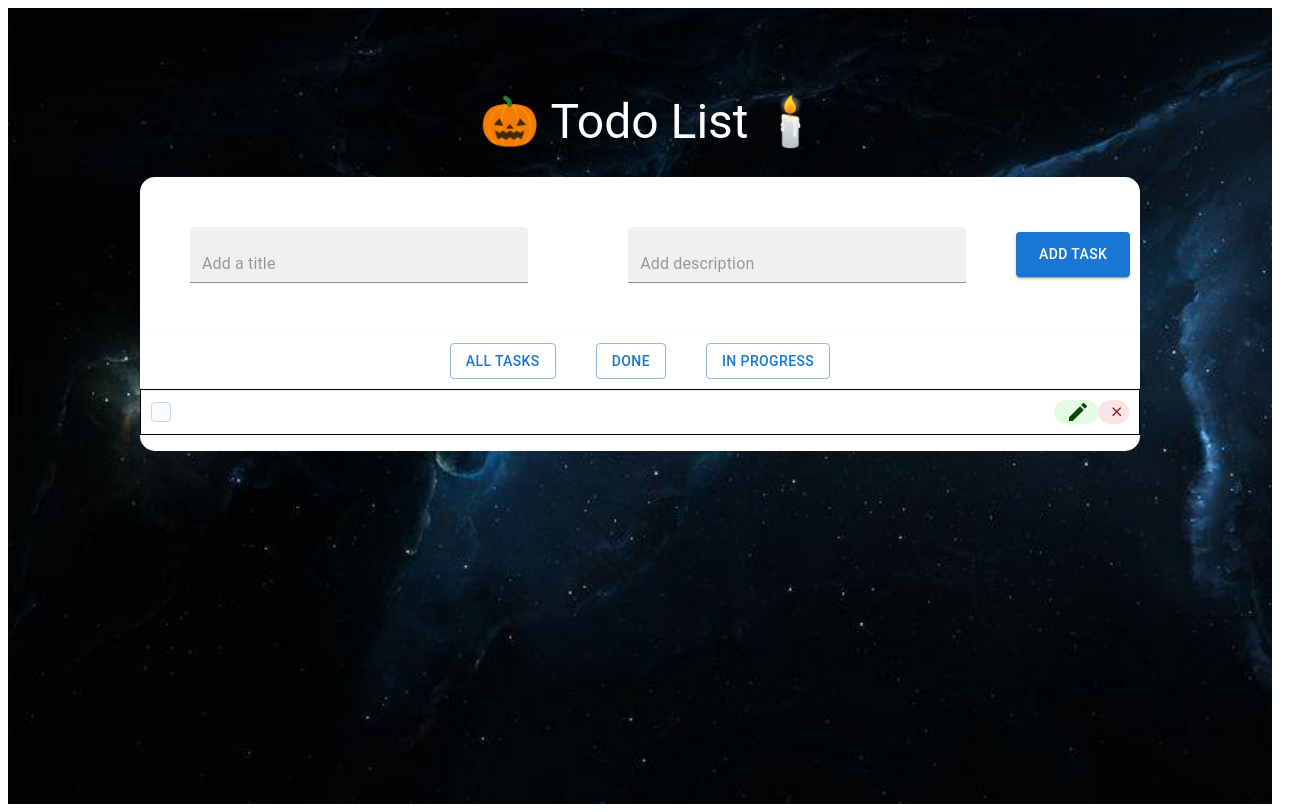
Repository: Tracy-maker/TodoList
Page: /
These files come from the project's save history. The page is drawn as it stood at one moment and after the next save; the edit follows.
The browser window is 1280 px wide. The page is 1292 px wide, so the pictures cover 1292 px, including what lies to the right of the window. The pictures show the whole page.
The project was rebuilt for these pictures with package versions that can differ from the ones it lists, and the page was loaded fresh each time. Also part of the build but not shown: src/components/TaskEdit.js.

Above is the page before, as saved 2023-09-20 19:42:59.

### public/index.html
<!DOCTYPE html>
<html lang="en">
  <head>
    <meta charset="utf-8" />
    <link rel="icon" href="%PUBLIC_URL%/favicon.ico" />
    <meta name="viewport" content="width=device-width, initial-scale=1" />
    <meta name="theme-color" content="#000000" />
    <meta
      name="description"
      content="Web site created using create-react-app"
    />
    <link rel="apple-touch-icon" href="%PUBLIC_URL%/logo192.png" />
    <!--
      manifest.json provides metadata used when your web app is installed on a
      user's mobile device or desktop. See https://developers.google.com/web/fundamentals/web-app-manifest/
    -->
    <link rel="manifest" href="%PUBLIC_URL%/manifest.json" />
    <link href="https://fonts.googleapis.com/css2?family=Montserrat:wght@300;400;500&amp;display=swap" rel="stylesheet">
    <!--
      Notice the use of %PUBLIC_URL% in the tags above.
      It will be replaced with the URL of the `public` folder during the build.
      Only files inside the `public` folder can be referenced from the HTML.

      Unlike "/favicon.ico" or "favicon.ico", "%PUBLIC_URL%/favicon.ico" will
      work correctly both with client-side routing and a non-root public URL.
      Learn how to configure a non-root public URL by running `npm run build`.
    -->
    <title>React App</title>
  </head>
  <body>
    <noscript>You need to enable JavaScript to run this app.</noscript>
    <div id="root"></div>
    <!--
      This HTML file is a template.
      If you open it directly in the browser, you will see an empty page.

      You can add webfonts, meta tags, or analytics to this file.
      The build step will place the bundled scripts into the <body> tag.

      To begin the development, run `npm start` or `yarn start`.
      To create a production bundle, use `npm run build` or `yarn build`.
    -->
  </body>
</html>

### src/App.js
import { useState, useEffect } from "react";
import CreateTask from "./components/CreateTask";
import TaskList from "./components/TaskList";
import { Box, Stack } from "@mui/material";
import styled from "styled-components";
import Typography from "@mui/material/Typography";
import Image1 from "./image/7.jpg";

const StyledContainer = styled(Stack)`
  height: 100vh;
  width: 100%;
  display: flex;
  align-items: stretch;
  padding-top: 6%;
  background-image: url(${Image1});
  background-size: cover;
  background-repeat: no-repeat;
`;

const TaskForm = styled(Box)`
  margin-left: auto;
  margin-right: auto;
  width: 1000px;
  background-color: white;
  border-radius: 15px;
  @media (max-width: 768px) {
    width: 100%;
  }
`;
const Title = styled(Typography)`
  color: white;
  margin: auto;
  width: 100%;
  padding: 10px;
  text-align: center;
`;

function App() {

  const [tasks, setTasks] = useState(() => {
    const localValue = localStorage.getItem("tasks");
    if (localValue == null) return [];
    return JSON.parse(localValue);
  });

  useEffect(() => {
    localStorage.setItem("tasks", JSON.stringify(tasks));
  }, [tasks]);

  const createTask = (title, description) => {
    const newTask = {
      id: crypto.randomUUID(),
      title: title,
      description: description,
      status: "inProgress",
    };

    const existingTasks = JSON.parse(localStorage.getItem("tasks")) || [];
    existingTasks.push(newTask);
    localStorage.setItem("tasks", JSON.stringify(existingTasks));
    setTasks(existingTasks);
  };

  const deleteTasksById = (id) => {
    const existingTasks = JSON.parse(localStorage.getItem("tasks")) || [];
    const updatedTasks = existingTasks.filter((task) => {
      return task.id !== id;
    });
    localStorage.setItem("tasks", JSON.stringify(updatedTasks));
    setTasks(updatedTasks);
  };

  const editTaskById = (id, newTitle, newDescription) => {
    const existingTasks = JSON.parse(localStorage.getItem("tasks")) || [];
    const taskToEdit = existingTasks.findIndex((task) => task.id === id);

    if (taskToEdit) {
      const updatedTask = {
        ...taskToEdit,
        title: newTitle,
        description: newDescription,
      };

      const updatedTasks = existingTasks.map((task) =>
        task.id === id ? updatedTask : task
      );
      localStorage.setItem("tasks", JSON.stringify(updatedTasks));
      setTasks(updatedTasks);
    }
  };



  return (
    <StyledContainer>
      <Title variant="h3" gutterBottom>
        🎃 Todo List 🕯️
      </Title>
      <TaskForm>
        <CreateTask onCreate={createTask} />
        <TaskList />
      </TaskForm>
    </StyledContainer>
  );
}
export default App;

### src/components/CreateTask.js
import * as React from "react";
import Stack from "@mui/material/Stack";
import TextField from "@mui/material/TextField";
import Button from "@mui/material/Button";
import { useState } from "react";
import { styled } from "@mui/material";

const Input = styled(TextField)`
  padding: 5%;
  width: 65%;
`;

const AddButton = styled(Button)`
  margin: auto;
  width: 20%;
  padding: 10px;
  text-align: center;
  margin-right: 10px;
`;

function CreateTask(props) {
  const [title, setTitle] = useState("");
  const [description, setDescription] = useState("");

  const handleChange = (event) => {
    const { name, value } = event.target;
    if (name === "title") {
      setTitle(value);
    } else if (name === "description") {
      setDescription(value);
    }
  };

  const handleSubmit = (event) => {
    event.preventDefault();
    if (title.trim() !== "" || description.trim() !== "") {
      props.onCreate({ title, description });
      setTitle("");
      setDescription("");
    }
  };

  return (
    <Stack onSubmit={handleSubmit} component="form" direction="row">
      <Input
        name="title"
        value={title}
        onChange={handleChange}
        placeholder="Add a title"
        variant="filled"
      />
      <Input
        name="description"
        value={description}
        onChange={handleChange}
        placeholder="Add description"
        variant="filled"
      />
      <AddButton type="submit" variant="contained">
        Add Task
      </AddButton>
    </Stack>
  );
}

export default CreateTask;

### src/components/TaskList.js
import React from "react";
import { Box, Button, Card } from "@mui/material";
import TaskShow from "./TaskShow";
import styled from "styled-components";

const ButtonNavigationBar = styled(Box)`
  display: flex;
  justify-content: center;
  gap: 40px;
  padding: 10px;
`;

function TaskList(props) {
  return (
    <Box mb={2}>
      <Card>
        <ButtonNavigationBar>
          <Button
            variant={props.defaultValue === "all" ? "contained" : "outlined"}
            onClick={() => props.onFilterChange("all")}
          >
            All Tasks
          </Button>
          <Button
            variant={props.defaultValue === "done" ? "contained" : "outlined"}
            onClick={() => props.onFilterChange("done")}
          >
            Done
          </Button>
          <Button
            variant={props.defaultValue === "inProgress" ? "contained" : "outlined"
            }
            onClick={() => props.onFilterChange("inProgress")}
          >
            In Progress
          </Button>
        </ButtonNavigationBar>
      </Card>

        <TaskShow/>

    </Box>
  );
}

export default TaskList;

### src/components/TaskShow.js
import * as React from "react";
import { useState } from "react";
import Typography from "@mui/joy/Typography";
import Checkbox from "@mui/joy/Checkbox";
import Chip from "@mui/joy/Chip";
import ChipDelete from "@mui/joy/ChipDelete";
import styled from "styled-components";
import { Box } from "@mui/material";
import EditIcon from "@mui/icons-material/Edit";
import TaskEdit from "./TaskEdit";

const TaskItem = styled(Box)`
  display: flex;
  justify-content: space-between;
  align-items: center;
  padding: 10px;
  border-style: solid;
  border-width: 1px;
`;

const Title = styled(Typography)`
  text-decoration: ${({ isDeleted }) => (isDeleted ? "line-through" : "none")};
`;

function TaskShow(props) {
  const [showEdit, setShowEdit] = useState(false);

  const handleEdit = () => {
    setShowEdit(!showEdit);
  };

  const handleSubmit = (id, newTitle, newDescription) => {
    setShowEdit(false);
    props.onEdit(id, newTitle, newDescription);
  };

  let content;

  // if (showEdit) {
  //   content = <TaskEdit onSubmit={handleSubmit} task={props.task} />;
  // } else {
  //   content = (
  //     <>
  //       <h3>{props.task.title}</h3>
  //       <p>{props.task.description}</p>
  //     </>
  //   );
  // }

  const handleDelete = () => {
    props.onDelete(props.task.id);
  };

  const handleCheckboxChange = () => {
    props.toggleCheckedBoxById(props.task.id);
  };

  return (
    <TaskItem>
      <Checkbox

        onChange={handleCheckboxChange}
      />
      <Title
      >

      </Title>
      <Box>
        <Chip
          variant="soft"
          color="success"
          onClick={handleEdit}
          endDecorator={<EditIcon />}
        />
        <Chip
          variant="soft"
          color="danger"
          endDecorator={<ChipDelete onClick={handleDelete} />}
        />
      </Box>
    </TaskItem>
  );
}

export default TaskShow;

Loaded but not shown: src/index.js (common file)

After the next save:
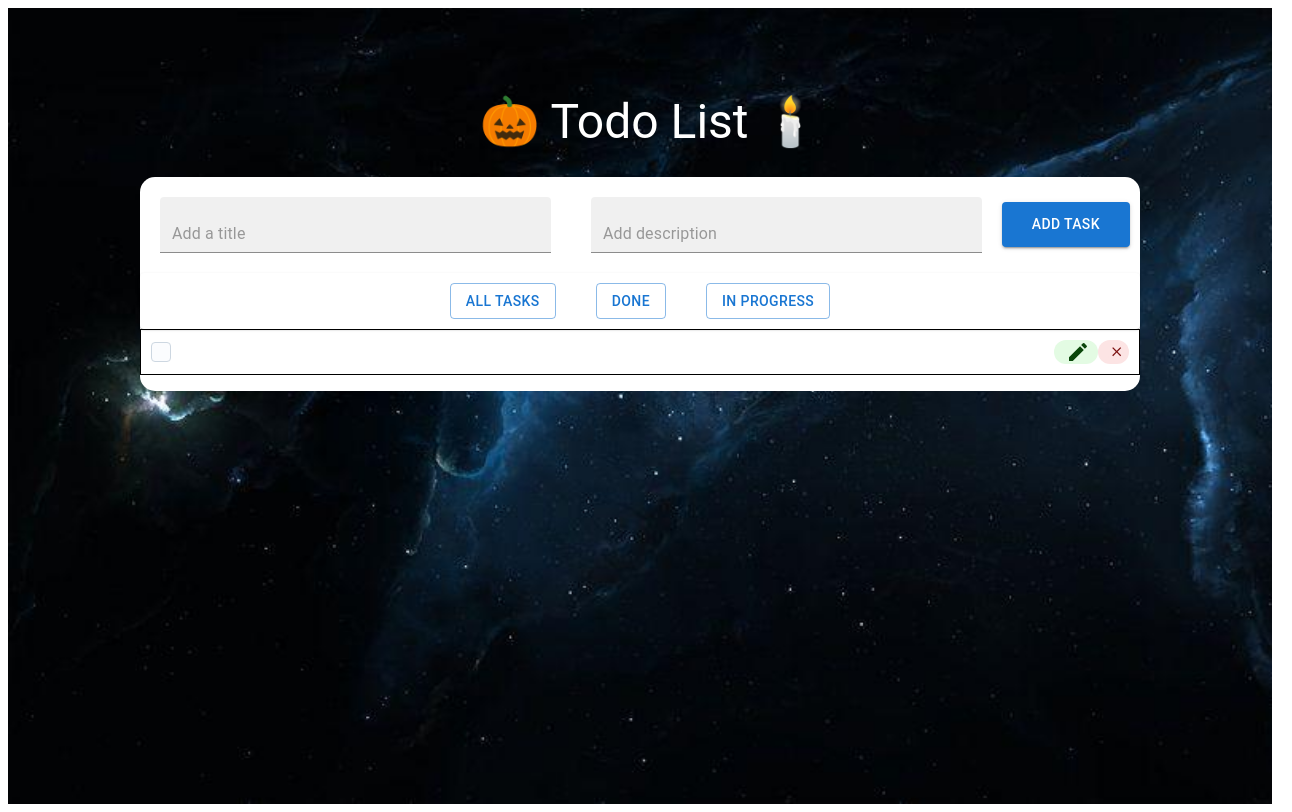
Saved 14 s later.
--- a/src/components/CreateTask.js
+++ b/src/components/CreateTask.js
@@ -6,7 +6,7 @@
 import { styled } from "@mui/material";
 
 const Input = styled(TextField)`
-  padding: 5%;
+  padding: 2%;
   width: 65%;
 `;
 

After the 2 saves that followed:
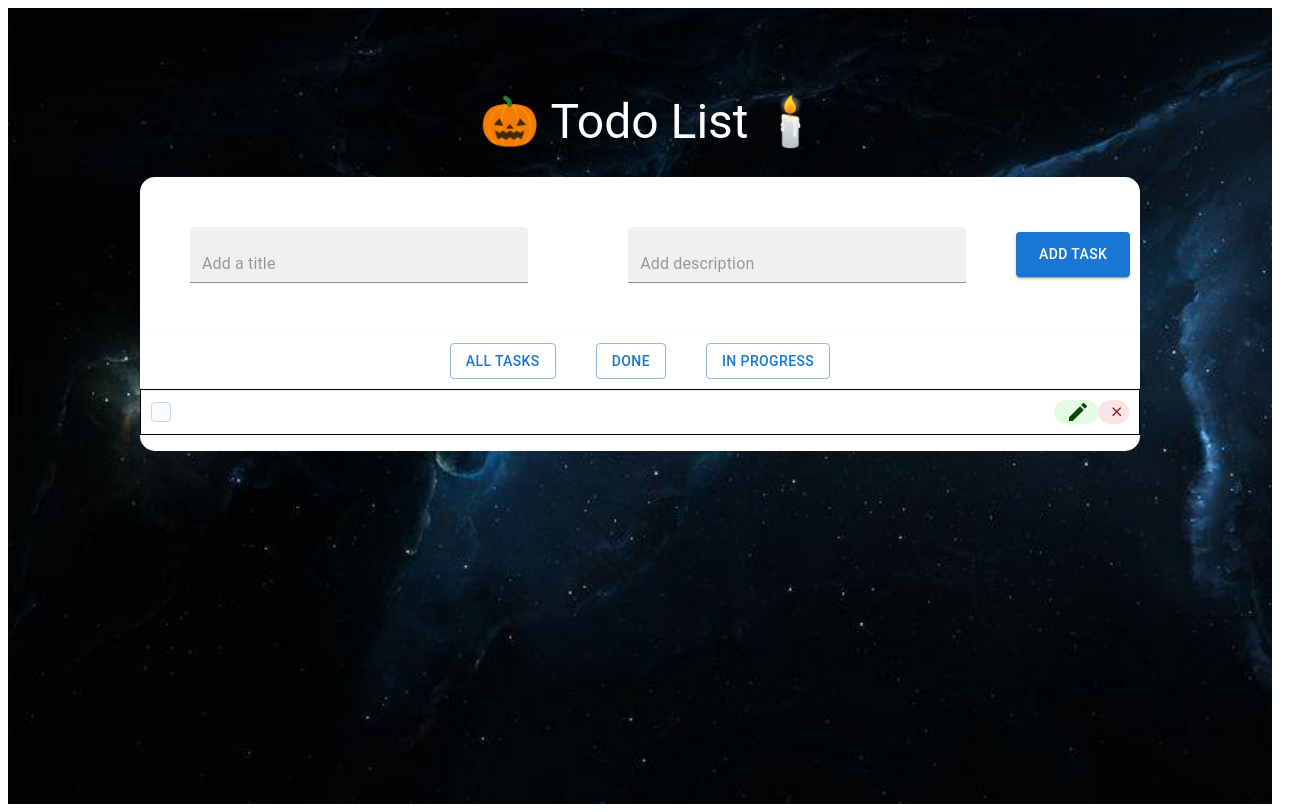
The 2 saves are shown as one change because 1 left the picture as it was.
The last was saved 2 min 0 s later.
--- a/src/components/CreateTask.js
+++ b/src/components/CreateTask.js
@@ -6,7 +6,7 @@
 import { styled } from "@mui/material";
 
 const Input = styled(TextField)`
-  padding: 2%;
+  padding:5%;
   width: 65%;
 `;
 
